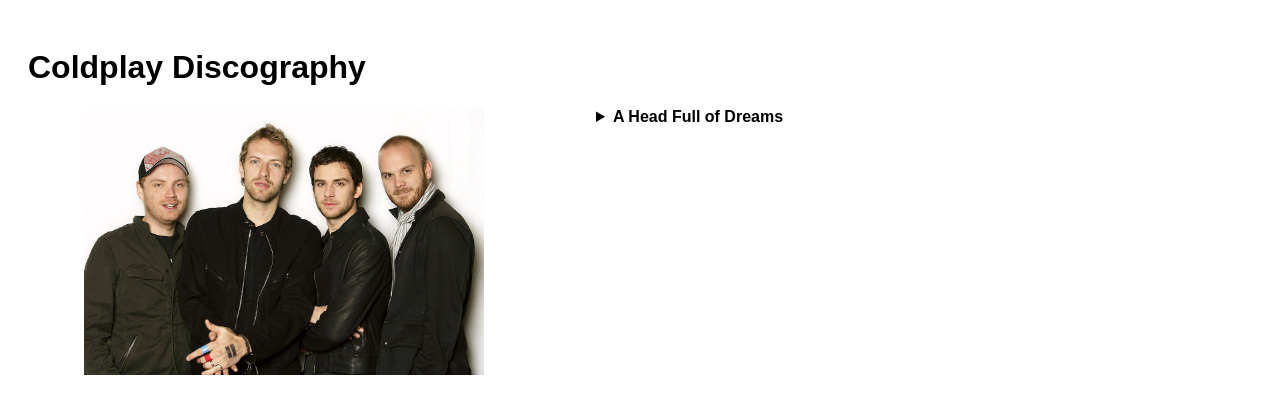
Repository: MelissaJacobi/Frontend-lab-1
Page: /
The author's editor kept a copy of each file at every save. The page is drawn from the files as they stood at one save, then again after the next save.
The browser window is 1280 px wide. The pictures show the whole page.
The project was rebuilt for these pictures with package versions that can differ from the ones it lists, and the page was loaded fresh each time. Also part of the build but not shown: vite.config.js.

Above is the page before, as saved 2024-09-14 15:58:27.

After the next save:
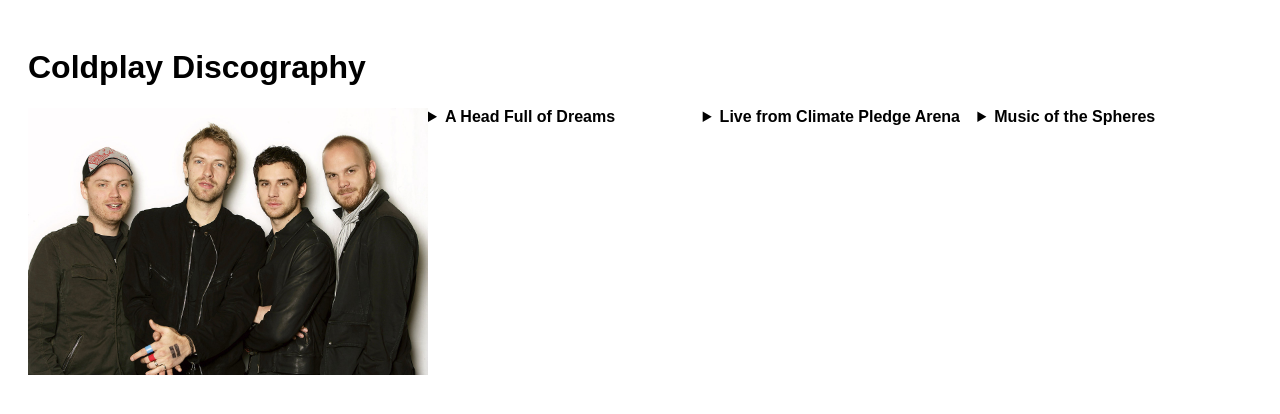
Saved 6 min 44 s later.
--- a/src/App.jsx
+++ b/src/App.jsx
@@ -21,7 +21,28 @@
             <p>Color Spectrum</p>
             <p>Up&Up</p>
             <p>Something just like this</p>
-          </details>
+        </details>
+        <details className="accordion">
+          <summary className='accordion-header'>Live from Climate Pledge Arena</summary>
+            <p>Viva la Vida</p>
+            <p>Human Heart</p>
+            <p>People of Pride</p>
+            <p>Fix you</p>
+        </details>
+        <details className="accordion">
+          <summary className='accordion-header'>Music of the Spheres</summary>
+            <p>Music of the Spheres</p>
+            <p>Higher power</p>
+            <p>Humankind</p>
+            <p>Alien Choir</p>
+            <p>Let somebody go</p>
+            <p>Biutyful</p>
+            <p>my universe</p>
+            <p>infinity sign</p>
+            <p>Coloratura</p>
+            <p>higher power</p>
+            <p>My Universe</p>
+        </details>
       </div>
     </div>
   );
